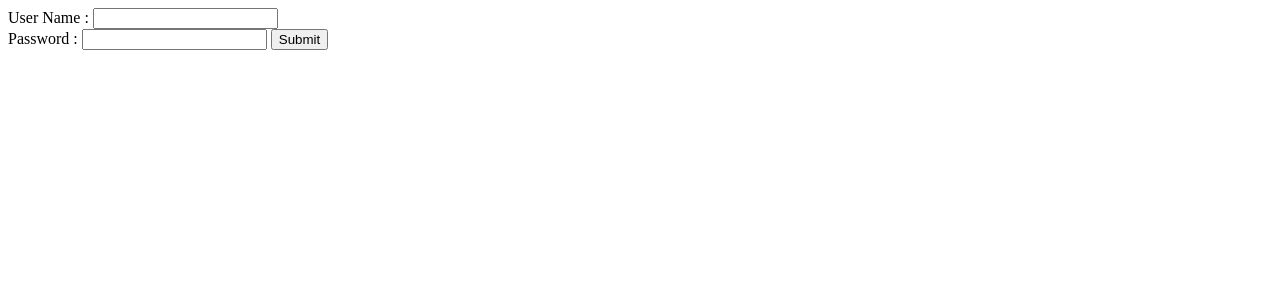
Repository: ahpraveen/springbootdemo
Page: demo/src/main/resources/static/login.html
An editor plug-in stored every save of this project. The page is shown before and after the next save, followed by the edit.
The browser window is 1280 px wide. The pictures show the whole page.

Above is the page before, as saved 2018-01-22 00:43:25.

After the next save:
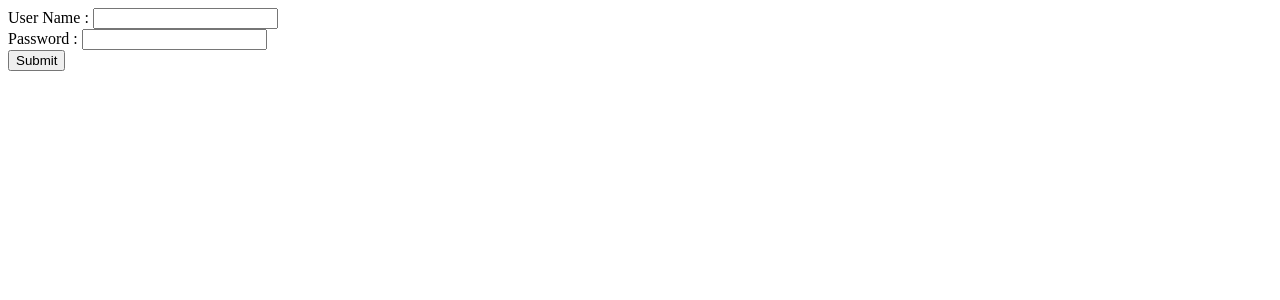
Saved 17 s later.
--- a/demo/src/main/resources/static/login.html
+++ b/demo/src/main/resources/static/login.html
@@ -5,8 +5,8 @@
 </head>
 <body>
 <form>
-User Name : <input type="text" name="username"><br>
-Password : <input type="text" name="password">
+User Name	: <input type="text" name="username"><br>
+Password	: <input type="text" name="password"><br>
 <input type="Submit" value="Submit">
 </form>
 </body>
